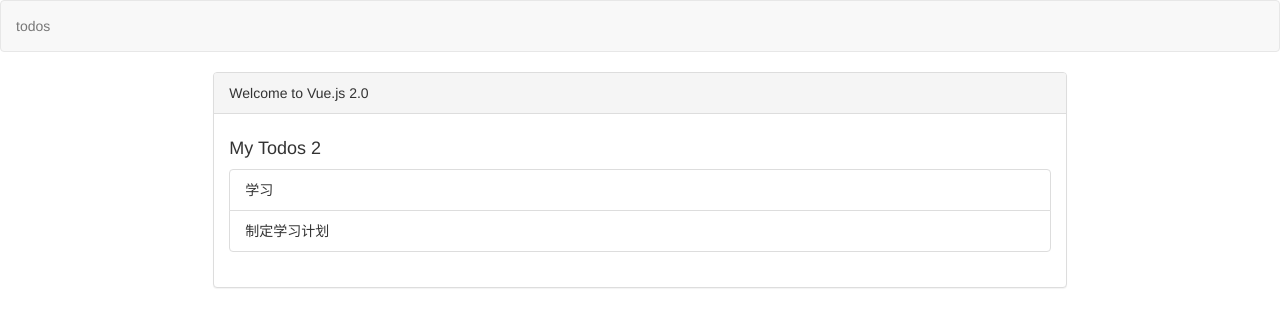
Repository: myr1111/todo
Page: Todoapp/index.html
An editor plug-in stored every save of this project. The page is shown before and after the next save, followed by the edit.
The browser window is 1280 px wide. The pictures show the whole page.

Above is the page before, as saved 2019-04-01 08:20:27.

After the next save:
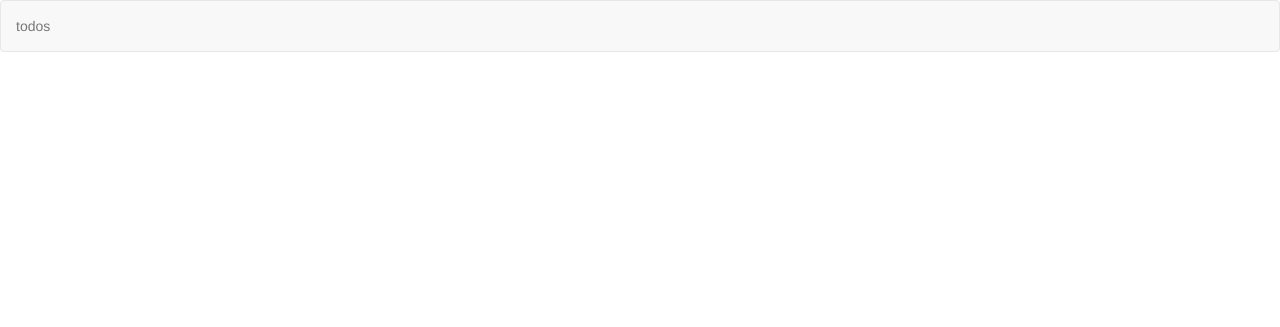
Saved 15 s later.
--- a/Todoapp/index.html
+++ b/Todoapp/index.html
@@ -17,7 +17,7 @@
             <div class="panel panel-default">
                 <div class=" panel-heading">Welcome to Vue.js 2.0</div>
                 <div class="panel-body">
-                    <h4>My Todos {{todos.length}}</h4>
+                    <h4>My Todos {{computed}}</h4>
                     <ul class="list-group">
                         <li class="list-group-item"
                             v-for="todo in todos"

After the save that followed:
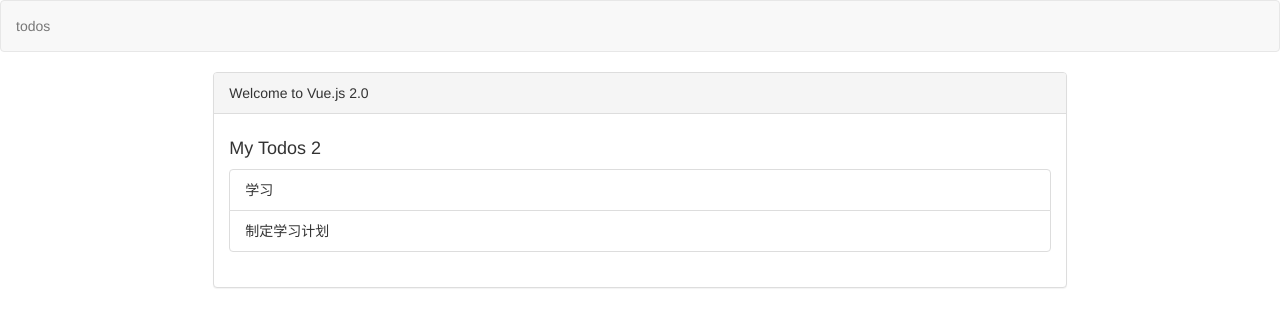
Saved 8 s later.
--- a/Todoapp/index.html
+++ b/Todoapp/index.html
@@ -17,7 +17,7 @@
             <div class="panel panel-default">
                 <div class=" panel-heading">Welcome to Vue.js 2.0</div>
                 <div class="panel-body">
-                    <h4>My Todos {{computed}}</h4>
+                    <h4>My Todos {{todos.length}}</h4>
                     <ul class="list-group">
                         <li class="list-group-item"
                             v-for="todo in todos"
